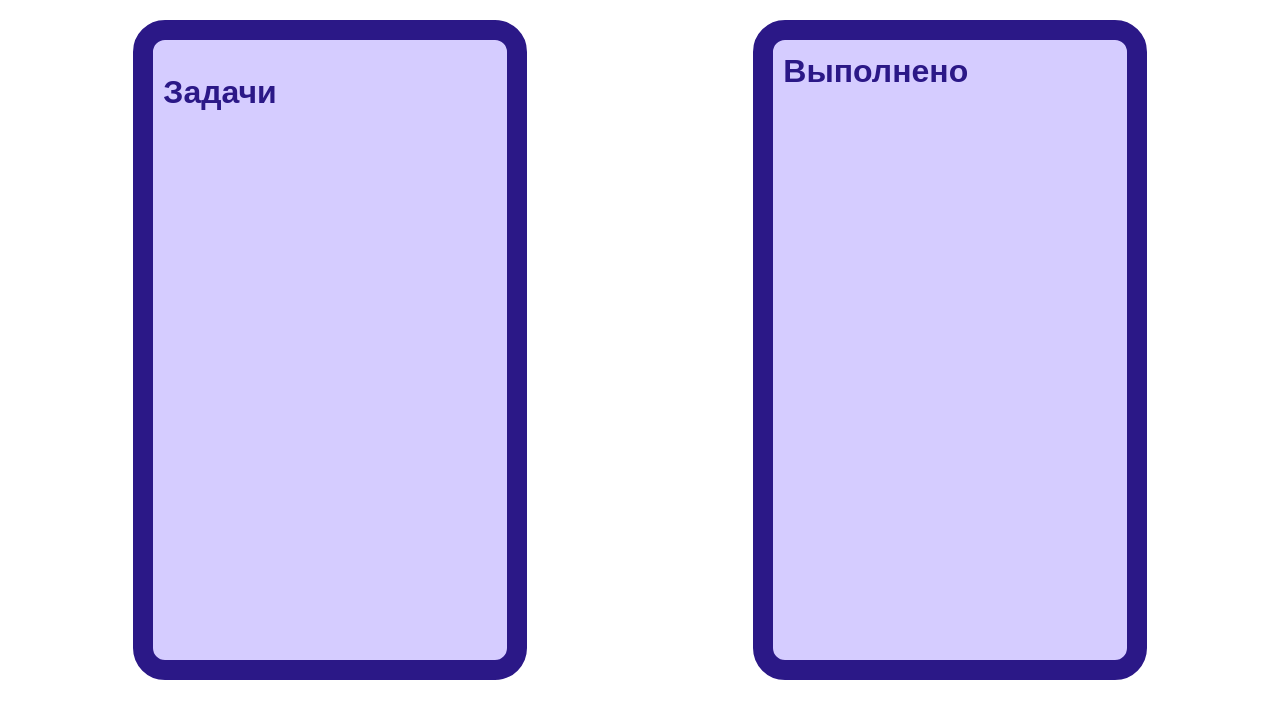
Repository: VitasYo/Kanban
Page: index.html
An editor plug-in stored every save of this project. The page is shown before and after a run of saves, followed by the edit.
The browser window is 1280 px wide. The pictures show the whole page.

Above is the page before, as saved 2024-04-11 11:12:16.

After the next 3 saves:
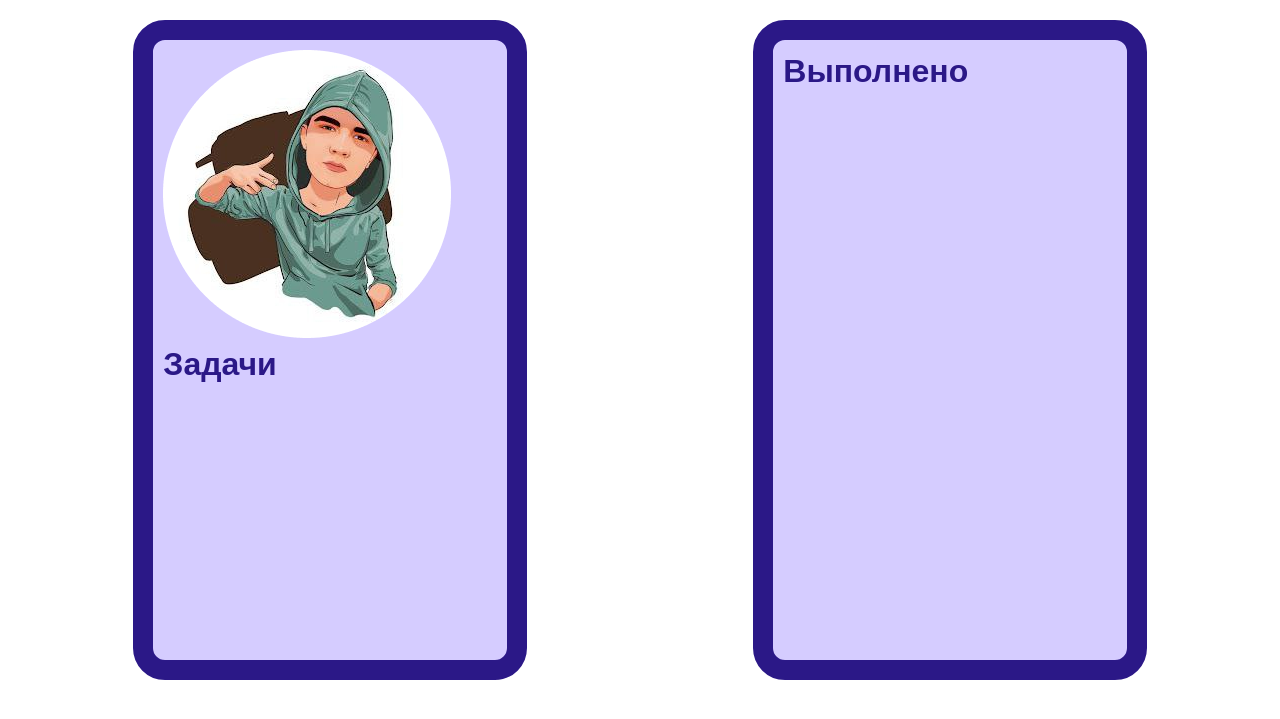
The 3 saves are shown as one change because they came seconds apart.
The last was saved 23 s later.
--- a/index.html
+++ b/index.html
@@ -10,7 +10,7 @@
   <main class="kanban">
     <section class="kanban__column kanban__column--to-do">
       <div class="kanban__title_and_icon">
-        <img src="" alt="">
+        <img src="src/assets/img/Avatar.jpg" alt="">
         <h2 class="kanban__title">Задачи</h2>
       </div>
 
